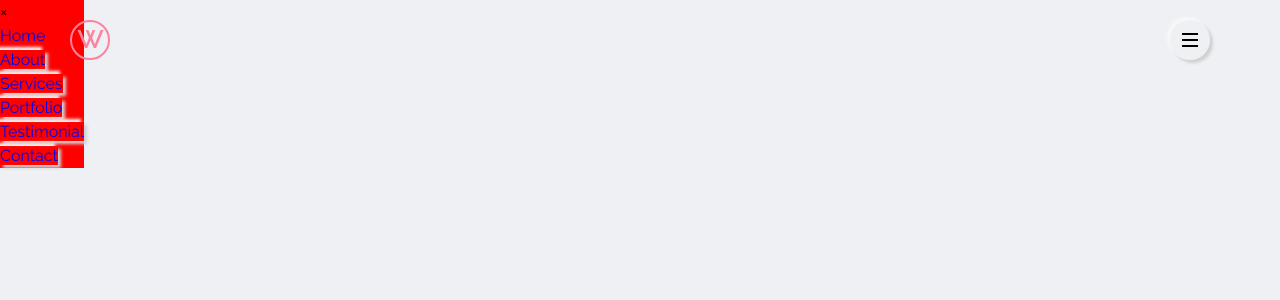
Repository: Mohamed-Hema/Personal-Portfolio---webshala
Page: index.html
The author's editor kept a copy of each file at every save. The page is drawn from the files as they stood at one save, then again after the next save.
The browser window is 1280 px wide. The pictures show the whole page.

Above is the page before, as saved 2021-05-02 14:07:12.

### index.html
<!DOCTYPE html>
<html lang="zxx">
<head>
  <meta charset="utf-8">
  <title>Personal Portfolio Website</title>
  <meta name="viewport" content="width=device-width,initial-scale=1.0">
  <!-- font awesome -->
  <link rel="stylesheet" type="text/css" href="css/font-awesome.css">
  <!-- main css -->
  <link rel="stylesheet" type="text/css" href="css/style.css">
</head>
<body>
    <!-- Start Header -->
    <header class="header">
      <div class="container">
        <div class="row justify-content-between">
          <div class="logo">
            <a href="index.html">w</a>
          </div>
          <div class="hamburger-btn outer-shadow hover-in-shadow">
            <span></span>
          </div>
        </div>
      </div>
    </header>
    <!-- End Header -->
    <!-- Start NavBar -->
    <nav class="nav-menu">
      <div class="close-nav-menu">&times;</div>
      <div class="nav-menu-inner">
        <ul>
          <li><a href="#" class="inner-shadow active">Home</a></li>
          <li><a href="#" class="outer-shadow hover-in-shadow">About</a></li>
          <li><a href="#" class="outer-shadow hover-in-shadow">Services</a></li>
          <li><a href="#" class="outer-shadow hover-in-shadow">Portfolio</a></li>
          <li><a href="#" class="outer-shadow hover-in-shadow">Testimonial</a></li>
          <li><a href="#" class="outer-shadow hover-in-shadow">Contact</a></li>
        </ul>
      </div>
    </nav>

    <!-- End NavBar -->

<!-- main js -->
<script src="js/main.js"></script>
<!-- style switcher js -->
<script src="js/style-switcher.js"></script>
</body>
</html>

### css/style.css
/* Start Global Styles */
/* Fonts */
@import url('https://fonts.googleapis.com/css2?family=Raleway&display=swap');
@import url("skins/color-1.css");

/* Define Custom Css Variables */
:root{
    --bg-black-900: #000;
    --bg-black-100: #ddd;
    --bg-black-50:#eff0f4;
    --text-black-900:#000;
    --text-black-700: #555;
    --text-black-600: #666;
    --text-black-300: #bbb;
    --outer-shadow: 3px 3px 3px #d0d0d0, -3px -3px 3px #f8f8f8;
    --outer-shadow-0: 0 0 0 #d0d0d0, 0 0 0 #f8f8f8;
    --inner-shadow: inset 3px 3px 3px #d0d0d0, inset -3px -3px 3px #f8f8f8;
}

body{
    font-size: 16px;
    line-height: 1.5;
    overflow-x: hidden;
    background-color: var(--bg-black-50);
}
*:not(i){
    font-family: 'Raleway', sans-serif;
    font-weight: 400;
}
*,
*::before,
*::after{
    margin: 0;
    padding: 0;
    box-sizing: border-box;
    outline: none;
}
a{
    text-decoration: none;
}
ul{
    list-style: none;
    margin: 0;
    padding: 0;
}
img{
    vertical-align: middle;
    max-width: 100%;
}
.container{
    max-width: 1140px;
    margin: auto;
}
.row{
    display: flex;
    flex-wrap: wrap;
}

.justify-content-between{
    justify-content: space-between;
}
.outer-shadow{
    box-shadow: var(--outer-shadow);
}
.hover-in-shadow{
    position: relative;
    z-index: 1;
}
.hover-in-shadow:hover{
    box-shadow: var(--outer-shadow-0);
}
.hover-in-shadow::after{
    content: '';
    position: absolute;
    left: 0;
    top: 0;
    width: 100%;
    height: 100%;
    transition: all .3s ease;
}
.hover-in-shadow:hover::after{
    box-shadow: var(--inner-shadow);

}
/* End Global Styles */
/* Start Header */
.header{
    padding: 20px 15px;
    position: absolute;
    width: 100%;
    top: 0;
    left: 0;
    z-index: 99;
}
.header .logo a{
    display: inline-block;
    text-align: center;
    line-height: 36px;
    height: 40px;
    width: 40px;
    font-size: 24px;
    color: var(--skin-color);
    border-radius: 50%;
    border: 2px solid var(--skin-color);
    font-weight: 600;
    text-transform: uppercase;
}
.header .hamburger-btn{
    height: 40px;
    width: 40px;
    display: flex;
    align-items: center;
    cursor: pointer;
    border-radius: 50%;
    justify-content: center;
    transition: all .3s ease;
}
.header .hamburger-btn::after{
    border-radius: 50%;

}
.header .hamburger-btn span{
    display: block;
    height: 2px;
    width: 16px;
    background-color: var(--bg-black-900);
    position: relative;
}
.header .hamburger-btn span::before,
.header .hamburger-btn span::after{
    content: '';
    position: absolute;
    left: 0;
    width: 100%;
    height: 100%;
    background-color: var(--bg-black-900);
}
.header .hamburger-btn span::before{
    top: -6px;
}
.header .hamburger-btn span::after{
    top: 6px;
}


/* End Header */
/* Start NavBar */
.nav-menu{
    position: fixed;
    background-color: red;
}


/* End NavBar */

Loaded but not shown: css/font-awesome.css (library); css/skins/color-1.css (common file); js/main.js (no stored copy; drawn as an empty file); js/style-switcher.js (no stored copy; drawn as an empty file)

After the next save:
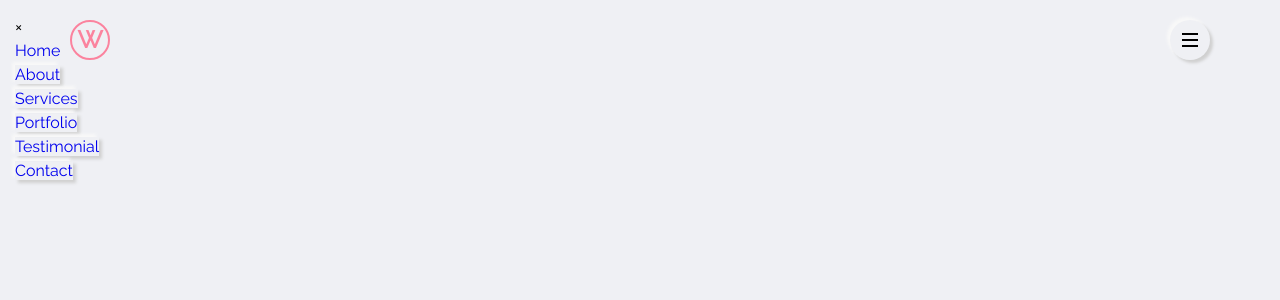
Saved 25 s later.
--- a/css/style.css
+++ b/css/style.css
@@ -147,7 +147,11 @@ img{
 /* Start NavBar */
 .nav-menu{
     position: fixed;
-    background-color: red;
+    padding: 15px;
+    left: 0;
+    top: 0;
+    width: 100%;
+    height: 100%;
 }
 
 
